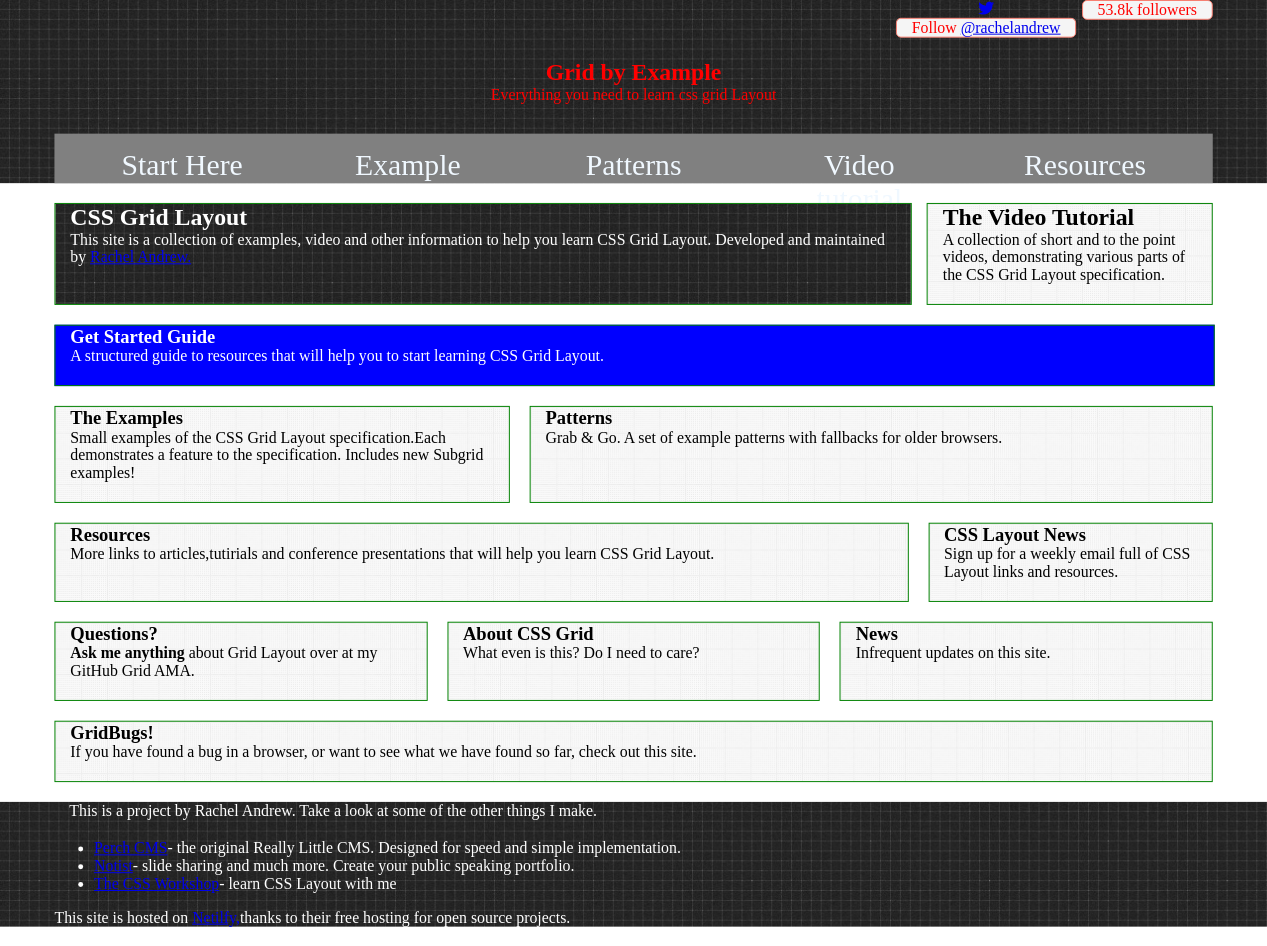
Repository: sitikhusushan/grid
Page: index.html
The author's editor kept a copy of each file at every save. The page is drawn from the files as they stood at one save, then again after the next save.
The browser window is 1280 px wide. The pictures show the whole page, at 99% of full size.
Some web libraries are served in a nearby version.

Above is the page before, as saved 2020-05-13 23:04:37.

### index.html
<!DOCTYPE html>
<html lang="en">
  <head>
    <meta charset="UTF-8" />
    <meta name="viewport" content="width=device-width, initial-scale=1.0" />
    <title>Grid View</title>
    <link rel="stylesheet" href="style.css" />
    <script src="https://kit.fontawesome.com/a076d05399.js"></script>
  </head>
  <body>
    <header>
    <div class="header">
      <div class="container">
        <div class="balance">
          <div class="social">
          <span> <a href="#"> <i class="fab fa-twitter"></i></a> <p> Follow <a href="#">@rachelandrew</a> </p></span>
          </div>
          <div class="social2">
          <span> <p> 53.8k followers</p>
          </span>
          </div>
          <div class="top">
        <h2>Grid by Example</h2>
        <p>Everything you need to learn css grid Layout</p>
        </div>
        </div>
        <ul>
          <li>Start Here</li>
          <li>Example</li>
          <li>Patterns</li>
          <li>Video tutorial</li>
          <li>Resources</li>
        </ul>
      </div>
    </div>
    </header>
    <div class="layout">
      <div class="container">
        <div class="layouts">
        <div class="left">
          <h2>CSS Grid Layout</h2>
          <p>
            This site is a collection of examples, video and other information
            to help you learn CSS Grid Layout. Developed and maintained by
            <a href="#">Rachel Andrew.</a>
          </p>
        </div>
        <div class="right">
          <h2>The Video Tutorial</h2>
          <p>
            A collection of short and to the point videos, demonstrating various
            parts of the CSS Grid Layout specification.
          </p>
        </div>
      </div>
    </div>
    </div>
    <div class="guide ">
      <div class="container">
        <div class="guides">
        <h3>Get Started Guide</h3>
        <p>
          A structured guide to resources that will help you to start learning
          CSS Grid Layout.
        </p>
      </div>
      </div>
    </div>
    <div class="new">
      <div class="container">
        <div class="news">
        <div class="left">
          <h3>The Examples</h3>
          <p>
            Small examples of the CSS Grid Layout specification.Each
            demonstrates a feature to the specification. Includes new Subgrid
            examples!
          </p>
        </div>
        <div class="right">
          <h3>Patterns</h3>
          <p>
            Grab & Go. A set of example patterns with fallbacks for older
            browsers.
          </p>
        </div>
      </div>
    </div>
    </div>
    <div class="resources">
      <div class="container">
        <div class="rs">
        <div class="left">
          <h3>Resources</h3>
          <p>
            More links to articles,tutirials and conference presentations that
            will help you learn CSS Grid Layout.
          </p>
        </div>
        <div class="right">
          <h3>CSS Layout News</h3>
          <p>
            Sign up for a weekly email full of CSS Layout links and resources.
          </p>
        </div>
      </div>
    </div>
    </div>
    <div class="question">
      <div class="container">
        <div class="qs">
        <div class="left">
          <h3>Questions?</h3>
          <p>
            <b>Ask me anything</b> about Grid Layout over at my GitHub Grid AMA.
          </p>
        </div>
        <div class="middle">
          <h3>About CSS Grid</h3>
          <p>What even is this? Do I need to care?</p>
        </div>
        <div class="right">
          <h3>News</h3>
          <p>Infrequent updates on this site.</p>
        </div>
      </div>
      </div>
    </div>
    <div class="bugs">
      <div class="container">
        <div class="bug">
        <h3>GridBugs!</h3>
        <p>
          If you have found a bug in a browser, or want to see what we have
          found so far, check out this site.
        </p>
      </div>
    </div>
    </div>
  <footer>
    <div class="foo">
      <div class="container">
      <p>This is a project by Rachel Andrew. Take a look at some of the other things I make.
        <ul>
          <li><a href="#">Perch CMS</a>- the original Really Little CMS. Designed for speed and simple implementation.</li>
          <li><a href="#">Notist</a>- slide sharing and much more. Create your public speaking portfolio.</li>
          <li><a href="#">The CSS Workshop</a>- learn CSS Layout with me</li>
        </ul>
        This site is hosted on <a href="#">Netilfy,</a>thanks to their free hosting for open source projects.
      </p>
      </div>
    </div>
  </footer>
  </body>
</html>

### style.css
body {
  padding: 0px;
  margin: 0px;
}

.container {
  width: 1170px;
  margin-left: auto;
  margin-right: auto;
  max-width: 100%;
  padding-left: 15px;
  padding-right: 15px;
}

.social {
  padding-left: 850px;
}

img {
  width: 15px;
  height: 15px;
  margin: 0px;
  padding: 0px;
}

.social p,
.social2 p {
  border-radius: 5px;
  border: salmon 1px solid;
  background-color: whitesmoke;
}

/* * {
  -webkit-box-sizing: border-box;
  -moz-box-sizing: border-box;
  box-sizing: border-box;
} */

.header {
  background-image: url("image/inflicted.png");
  color: aliceblue;
}

.balance {
  text-align: center;
  color: red;
}

/* .top {
  position: initial;
  top: 50%;
  left: 50%;
  transform: translate(-50%, -50%);
} */
.balance h2 {
  padding-top: 60px;
}
/* .header ul {} */

/*
.header .container {
  margin: 0px;
  padding: 0px;
} */

.header ul {
  list-style: none;
  display: grid;
  grid-template-columns: repeat(5, 1fr);
  grid-gap: 50px;
  font-size: 30px;
  grid-auto-rows: 50px;
  margin-bottom: auto;
  text-align: center;
  background-color: grey;
  padding-right: 40px;
}
.header li {
  padding: 15px;
}

/* .social a {
  float: right;
} */

.social {
  float: left;
  /* position: absolute;
  top: 50%;
  bottom: 50%; */
}

.social2 {
  float: right;
}

.header li:hover {
  background-color: black;
}

.layout .left {
  background-image: url("image/inflicted.png");
  color: #ffffff;
}

.right {
  background-image: url("image/tiny_grid.png");
}

.guides {
  width: 100%;
  background-color: blue;
  color: #ffffff;
  border: solid 1px green;
}

.left {
  background-image: url("image/tiny_grid.png");
}

.middle {
  background-image: url("image/tiny_grid.png");
}

.bug {
  background-image: url("image/tiny_grid.png");
  margin-bottom: 20px;
  border: solid 1px green;
}

footer {
  background-image: url("image/inflicted.png");
  color: #ffffff;
}

.layouts {
  display: grid;
  grid-template-columns: 3fr 1fr;
  grid-gap: 15px;
  margin-top: 20px;
  margin-bottom: 20px;
}

.layouts > div,
.news > div,
.rs > div,
.qs > div {
  border: solid 1px green;
}

.news {
  display: grid;
  grid-template-columns: 2fr 3fr;
  grid-gap: 20px;
  margin-top: 20px;
  margin-bottom: 20px;
}

.rs {
  display: grid;
  grid-template-columns: 3fr 1fr;
  grid-gap: 20px;
}

.qs {
  display: grid;
  grid-template-columns: 1fr 1fr 1fr;
  grid-gap: 20px;
  margin-top: 20px;
  margin-bottom: 20px;
}

h3,
p,
h2 {
  margin: 0px;
  padding-left: 15px;
  padding-right: 15px;
}

p {
  margin-bottom: 20px;
}

After the next save:
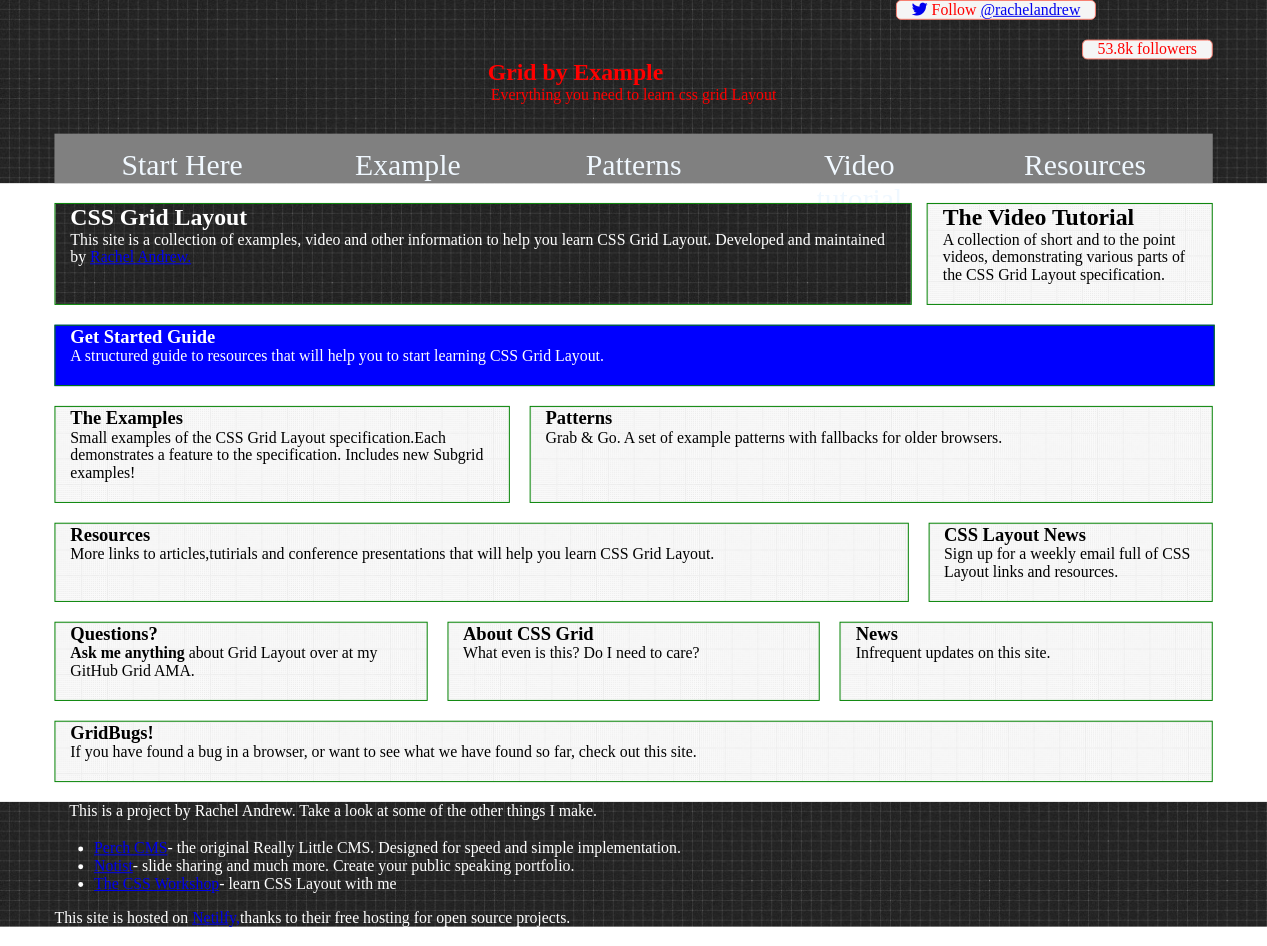
Saved 63 s later.
--- a/index.html
+++ b/index.html
@@ -13,7 +13,7 @@
       <div class="container">
         <div class="balance">
           <div class="social">
-          <span> <a href="#"> <i class="fab fa-twitter"></i></a> <p> Follow <a href="#">@rachelandrew</a> </p></span>
+          <span><p><a href="#"> <i class="fab fa-twitter"></i></a>  Follow <a href="#">@rachelandrew</a> </p></span>
           </div>
           <div class="social2">
           <span> <p> 53.8k followers</p>
